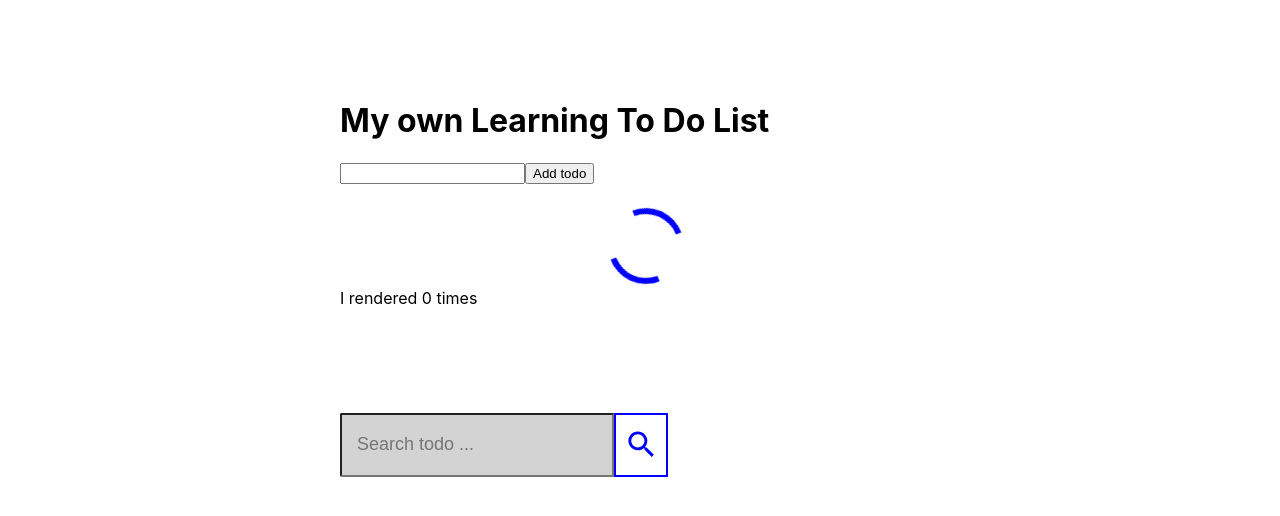
Repository: ArusyakAghajanyan/To-Do
Page: /
An editor plug-in stored every save of this project. The page is shown before and after a run of saves, followed by the edit.
The browser window is 1280 px wide. The pictures show the whole page.
The page's requests for data from a server got no answer. The project was rebuilt for these pictures with package versions that can differ from the ones it lists, and the page was loaded fresh each time. No one was signed in, and anything a server would have sent is missing. Also part of the build but not shown: src/Todo/TodoItem.js, src/Todo/TodoList.js.

Above is the page before, as saved 2022-03-11 02:15:38.

### src/index.css
body {
  margin: 0;
  font-family: -apple-system, BlinkMacSystemFont, 'Segoe UI', 'Roboto', 'Oxygen',
    'Ubuntu', 'Cantarell', 'Fira Sans', 'Droid Sans', 'Helvetica Neue',
    sans-serif;
  -webkit-font-smoothing: antialiased;
  -moz-osx-font-smoothing: grayscale;
}

code {
  font-family: source-code-pro, Menlo, Monaco, Consolas, 'Courier New',
    monospace;
}
.wrapper {
  padding-top: 5rem;
  margin: 0 auto;
  width: 600px;
}
.rm {
  background: red;
  border-radius: 50%;
  color:#fff;
  border: none;
}

.done {
  text-decoration: line-through;
}

.lds-dual-ring {
  display: inline-block;
  width: 80px;
  height: 80px;
}

.lds-dual-ring:after {
  content: " ";
  display: block;
  width: 64px;
  height: 64px;
  margin: 8px;
  border-radius: 50%;
  border: 6px solid blue;
  border-color: blue transparent blue transparent;
  animation: lds-dual-ring 1.2s linear infinite;
}
@keyframes lds-dual-ring {
  0% {
    transform: rotate(0deg);
  }
  100% {
    transform: rotate(360deg);
  }
}

### src/App.js
import React, { useEffect, useRef } from 'react'
import TodoList from './Todo/TodoList'
import Context from './context'
import Loader from './Loader'
import SearchBar from './Search/SearchBar'

const AddTodo = React.lazy(
  () =>
  new Promise(resolve => {
    setTimeout(() => {
      resolve(import('./Todo/AddTodo'))
    }, 3000)
  })
  )

function App() {
  const [todos, setTodos] = React.useState([])
    // { id: 1, completed: false, title: 'Learn HTML, CSS'},
    // { id: 2, completed: true, title: 'Learn Js'},
    // { id: 3, completed: false, title: 'Learn React'},
    // { id: 4, completed: false, title: 'Learn Java'}
  const [loading, setLoading] = React.useState(true)
  const renderCount = useRef(0)

  useEffect(() => {
    renderCount.current = renderCount.current + 1
  })


useEffect(() => {
  fetch('https://jsonplaceholder.typicode.com/todos?_limit=5')
    .then(response => response.json())
    .then(todos => {
      setTimeout(() => {
        setTodos(todos)
        setLoading(false)
      }, 2000)
    })
}, [])

  function toggleTodo(id){
    setTodos(
    todos.map(todo => {
    if (todo.id === id) {
      todo.completed = !todo.completed
    }
    return todo
    })
    )
  }

  function removeTodo(id){
   setTodos(todos.filter(todo => todo.id !== id))
  }

  function addTodo(title) {
    setTodos(todos.concat([{
      title,
      id: Date.now(),
      completed: false
    }]))
  }
  return (
    <Context.Provider value={{ removeTodo }}>
    <div className='wrapper'>
      <h1>My own Learning To Do List</h1>
      <React.Suspense fallback={<p>Loading...</p>}>

      <AddTodo onCreate={addTodo} />
      </React.Suspense>
      {loading && <Loader />}
      {todos.length ? (
      <TodoList todos={todos} onToggle={toggleTodo} />
      ) : loading ? null : (
        <p>No todos!</p>
       )}
       <div> I rendered {renderCount.current} times </div>
       <div >
      <SearchBar placeholder="Search todo ..." data={todos} />
    </div>

    </div>
    </Context.Provider>

  )
}

export default App

// className="App"

### src/Loader.js
import React from 'react'

export default () => <div style={{display: 'flex', justifyContent: 'center', margin: '.5rem' }}>
    <div className="lds-dual-ring" /></div>

### src/Search/SearchBar.js
import React, { useState } from "react";
import "./SearchBar.css";
import SearchIcon from '@mui/icons-material/Search';
import CloseIcon from '@mui/icons-material/Close';

function SearchBar({ placeholder, data }) {
  const [filteredData, setFilteredData] = useState([]);
  const [wordEntered, setWordEntered] = useState("");

  const handleFilter = (event) => {
    const searchWord = event.target.value;
    setWordEntered(searchWord);
    const newFilter = data.filter((value) => {
      return value.title.toLowerCase().includes(searchWord.toLowerCase());
    });

    if (searchWord === "") {
      setFilteredData([]);
    } else {
      setFilteredData(newFilter);
    }
  };

  const clearInput = () => {
    setFilteredData([]);
    setWordEntered("");
  };

  return (
    <div className="search">
      <div className="searchInputs">
        <input
          type="text"
          placeholder={placeholder}
          value={wordEntered}
          onChange={handleFilter}

        />
        <div className="searchIcon">
          {filteredData.length === 0 ? (
            <SearchIcon />
          ) : (
            <CloseIcon id="clearBtn" onClick={clearInput} />
          )}
        </div>
      </div>
      {filteredData.length != 0 && (
        <div className="dataResult">
          {filteredData.slice(0, 15).map((value, key) => {
            return (
              <a className="dataItem" href={value.link} target="_blank">
                <p>{value.title} </p>
              </a>
            );
          })}
        </div>
      )}
    </div>
  );

}

export default SearchBar;

### src/Todo/AddTodo.js
import React, { useState } from "react";
import PropTypes from "prop-types";

function useInputValue(defaultValue = " ") {
  const [value, setValue] = useState(defaultValue);
  return {
    bind: {
      value,
      onChange: (event) => setValue(event.target.value),
    },
    clear: () => setValue(""),
    value: () => value,
  };
}

function AddTodo({ onCreate }) {
  const input = useInputValue(" ");

  function submitHandler(event) {
    event.preventDefault();

    if (input.value().trim()) {
      onCreate(input.value());
      input.clear();
    }
  }

  return (
    <form style={{ marginBottom: "1rem" }} onSubmit={submitHandler}>
      <input {...input.bind} />
      <button type="submit">Add todo</button>
    </form>
  );
}

AddTodo.propTypes = {
  onCreate: PropTypes.func.isRequired,
};

export default AddTodo;

### src/Search/SearchBar.css
.searchInputs {
    margin-top: 105px;
    display: flex;
  }

  .search input{
    background-color: lightgray;
    /* border: 2px solid gray; */
    border-radius: 2px;
    border-top-right-radius: 0px;
    border-bottom-right-radius: 0px;
    font-size: 18px;
    padding: 15px;
    height: 30px;
    width: 240px;
  }

  .searchIcon {
    border: 2px solid blue;
    height: 60px;
    width: 50px;
    background-color: white;
    display: grid;
    place-items: center;
    color: blue;
  }

  input:focus {
    outline: none;
  }
  .searchIcon svg {
    font-size: 35px;
  }

  .dataResult {
    margin-top: 0px;
    width: 300px;
    height: 200px;
    background-color: lightgray;
    box-shadow: rgba(0, 0, 0, 0.35) 0px 5px 15px;
    overflow: hidden;
    overflow-y: auto;
  }

  .dataResult::-webkit-scrollbar {
    display: none;
  }

  .dataResult .dataItem {
    width: 100%;
    height: 50px;
    display: flex;
    align-items: center;
    color: black;
  }

  .dataItem p {
    margin-left: 10px;
  }
  a {
    text-decoration: none;
  }

  a:hover {
    background-color: lightgrey;
  }

  #clearBtn {
    cursor: pointer;
  }

Loaded but not shown: public/index.html (common file); src/index.js (common file); src/reportWebVitals.js (common file); src/context.js (common file)

After the next 2 saves:
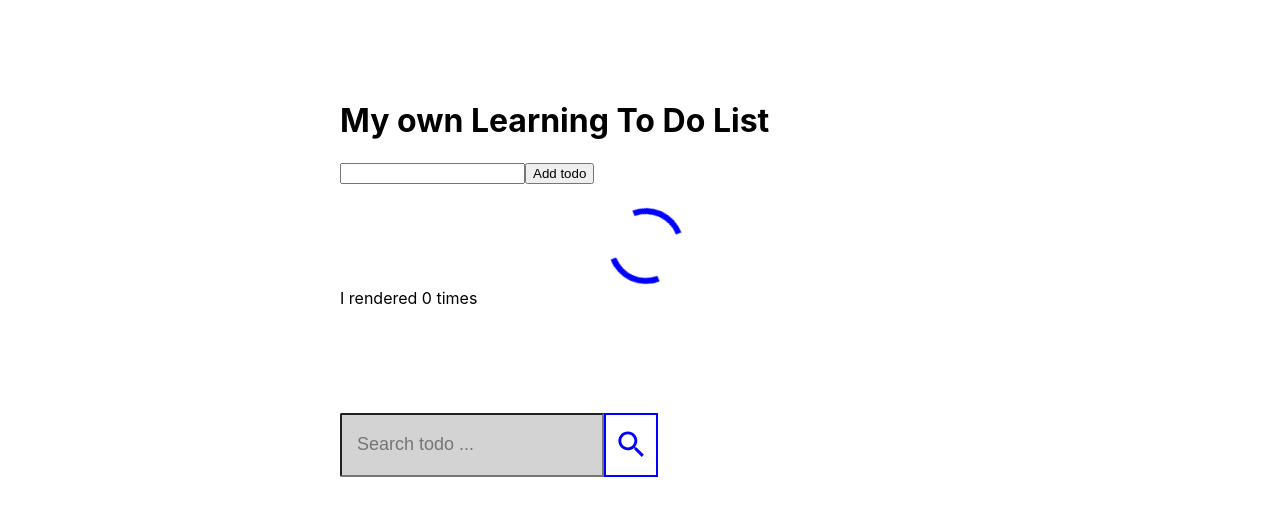
The 2 saves are shown as one change because they came seconds apart.
The last was saved 6 s later.
--- a/src/Search/SearchBar.css
+++ b/src/Search/SearchBar.css
@@ -12,7 +12,7 @@
     font-size: 18px;
     padding: 15px;
     height: 30px;
-    width: 240px;
+    width: 230px;
   }
 
   .searchIcon {
